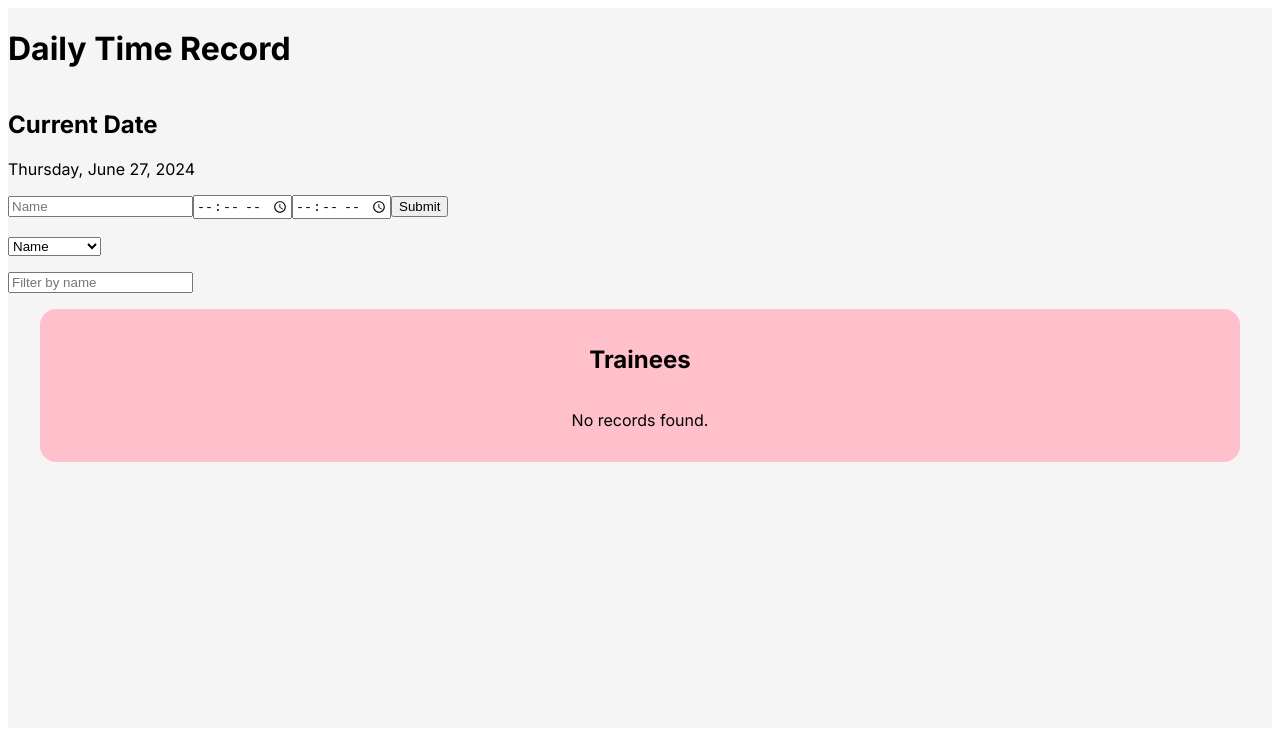
Repository: EeeeeEyyyy/daily_time_record
Page: /
The author's editor kept a copy of each file at every save. The page is drawn from the files as they stood at one save, then again after the next save.
The browser window is 1280 px wide. The pictures show the whole page.
The project was rebuilt for these pictures with package versions that can differ from the ones it lists, and the page was loaded fresh each time. The framework's server and built-in components were replaced by stand-ins that run in the browser. Also part of the build but not shown: next.config.mjs, src/app/globals.css.

Above is the page before, as saved 2024-06-27 15:16:39.

After the next save:
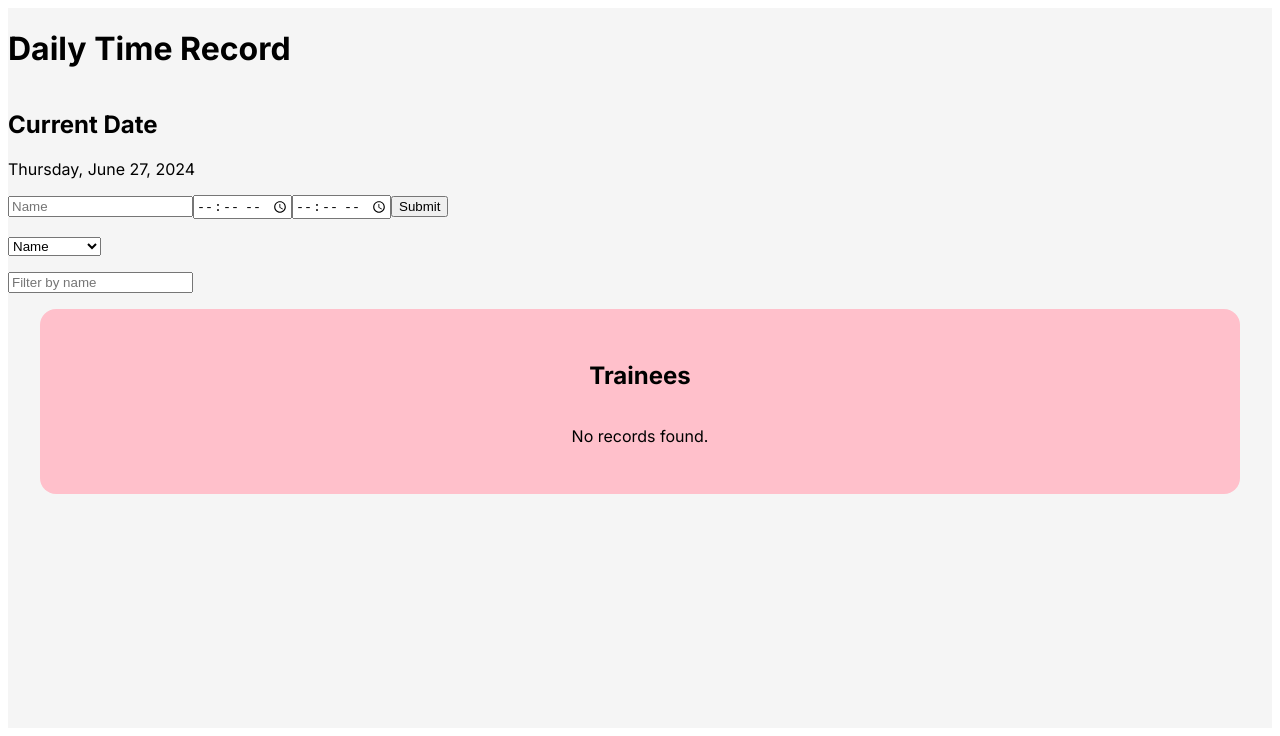
Saved 6 s later.
--- a/src/app/page.module.css
+++ b/src/app/page.module.css
@@ -7,7 +7,7 @@
 .trainees_m{
 border-radius:1rem;
 background:pink;
-padding:1rem;
+padding:2rem;
 margin:2rem;
 display:flex ;
 flex-direction:column;
